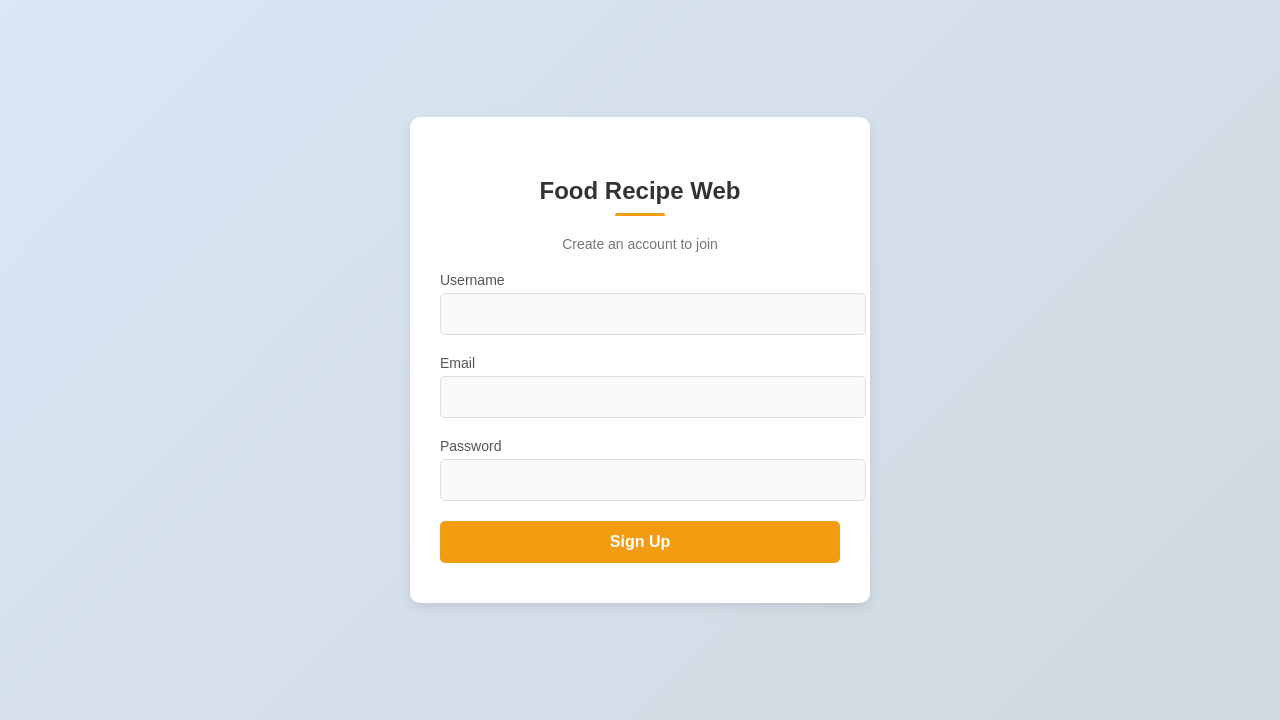
Repository: VIJAYkollu-7568/rakhi
Page: project1/src/main/webapp/signup.html
These files come from the project's save history. The page is drawn as it stood at one moment and after the next save; the edit follows.
The browser window is 1280 px wide. The pictures show the whole page.

Above is the page before, as saved 2024-11-07 07:14:40.

### project1/src/main/webapp/signup.html
<!DOCTYPE html>
<html lang="en">
<head>
<meta charset="UTF-8">
<meta name="viewport" content="width=device-width, initial-scale=1.0">
<title>Signup Form</title>
<style>
/* General styling for the body with gradient background */
body {
    display: flex;
    justify-content: center;
    align-items: center;
    min-height: 100vh;
    margin: 0;
    font-family: Arial, sans-serif;
    background: linear-gradient(135deg, #dbe6f6, #cfd9df);
}

/* Styling the signup card */
.signup-card {
    background-color: #ffffff;
    padding: 40px 30px;
    border-radius: 10px;
    box-shadow: 0px 4px 12px rgba(0, 0, 0, 0.1);
    max-width: 400px;
    width: 100%;
    text-align: center;
    transition: transform 0.2s ease-in-out;
}

.signup-card:hover {
    transform: scale(1.02);
}

/* Title styling with decorative underline */
.signup-card h2 {
    font-size: 24px;
    color: #333;
    margin-bottom: 10px;
    position: relative;
}

.signup-card h2::after {
    content: "";
    display: block;
    width: 50px;
    height: 3px;
    background-color: #f39c12;
    margin: 8px auto 20px auto;
    border-radius: 5px;
}

/* Subheading styling */
.signup-card p {
    color: #777;
    font-size: 14px;
    margin-bottom: 20px;
}

/* Label styling */
.signup-card label {
    display: block;
    font-size: 14px;
    color: #555;
    text-align: left;
    margin-bottom: 5px;
}

/* Input styling */
.signup-card input[type="text"],
.signup-card input[type="password"],
.signup-card input[type="email"] {
    width: 100%;
    padding: 12px;
    margin-bottom: 20px;
    border: 1px solid #ddd;
    border-radius: 5px;
    font-size: 14px;
    color: #333;
    background-color: #f9f9f9;
}

/* Input focus styling */
.signup-card input[type="text"]:focus,
.signup-card input[type="password"]:focus,
.signup-card input[type="email"]:focus {
    border-color: #f39c12;
    outline: none;
}

/* Button styling */
.signup-card button {
    width: 100%;
    padding: 12px;
    background-color: #f39c12;
    color: #fff;
    border: none;
    border-radius: 5px;
    font-size: 16px;
    font-weight: bold;
    cursor: pointer;
    transition: background-color 0.3s;
}

.signup-card button:hover {
    background-color: #e67e22;
}

</style>
</head>
<body>

<div class="signup-card">
    <h2>Food Recipe Web</h2>
    <p>Create an account to join</p>
    <form onsubmit="signUp(event)">
        <label for="username">Username</label>
        <input type="text" id="username" name="username" required>

        <label for="email">Email</label>
        <input type="email" id="email" name="email" required>

        <label for="password">Password</label>
        <input type="password" id="password" name="password" required>

        <button type="submit">Sign Up</button>
    </form>
</div>

<script>
function signUp(event) {
    // Prevent the form from submitting normally
    event.preventDefault();

    // Show a popup message
    alert("Signup successful! You will be redirected to the login page.");

    // Redirect to the login page
    window.location.href = "login.html";
}
</script>

</body>
</html>

After the next save:
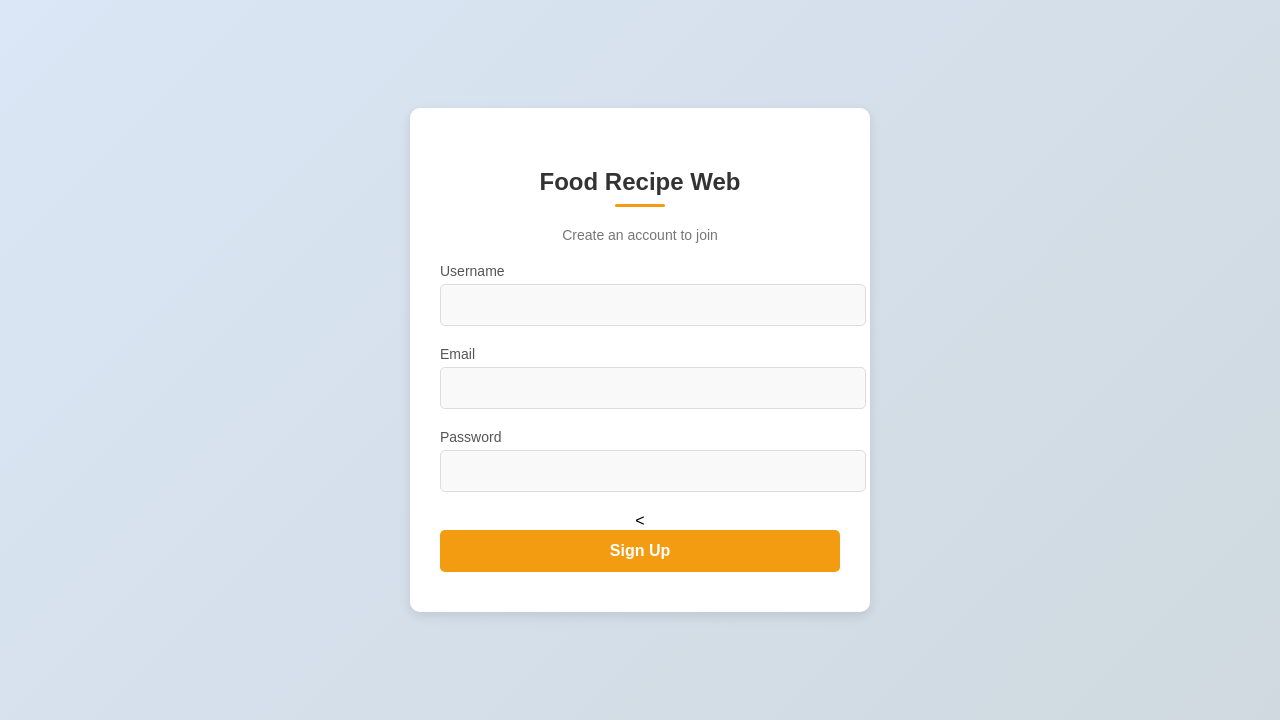
Saved 77 s later.
--- a/project1/src/main/webapp/signup.html
+++ b/project1/src/main/webapp/signup.html
@@ -123,7 +123,9 @@ body {
         <label for="password">Password</label>
         <input type="password" id="password" name="password" required>
 
-        <button type="submit">Sign Up</button>
+
+       <
+        <button class="logout-btn" onclick="location.href='login.html'">Sign Up</button>
     </form>
 </div>
 
@@ -133,7 +135,7 @@ function signUp(event) {
     event.preventDefault();
 
     // Show a popup message
-    alert("Signup successful! You will be redirected to the login page.");
+    alert("YOU ARE SUCCESSFULLY REGISTERED ");
 
     // Redirect to the login page
     window.location.href = "login.html";
